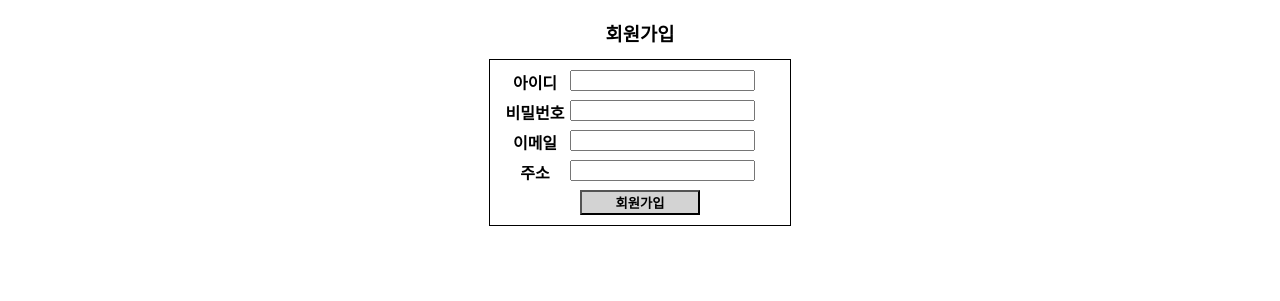
Repository: Gun-stack/jsp
Page: http://localhost/BankProj/Join.jsp
An editor plug-in stored every save of this project. The page is shown before and after the next save, followed by the edit.
The browser window is 1280 px wide. The pictures show the whole page.
The page is served by Tomcat 9.

Above is the page before, as saved 2023-09-21 05:28:37.

After the next save:
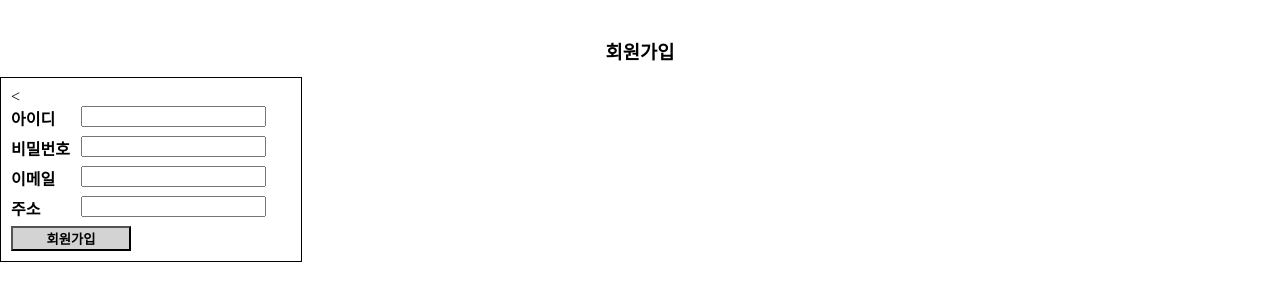
Saved 11 s later.
--- a/jsp_workspace/BankProj/BankProj/src/main/webapp/Join.jsp
+++ b/jsp_workspace/BankProj/BankProj/src/main/webapp/Join.jsp
@@ -5,51 +5,50 @@
 <head>
 <meta charset="UTF-8">
 <title>Insert title here</title>
-   <style>
-        body {
-            margin: 0 auto;
+<style>
+    body {
+        margin: 0 auto;
+    }
 
-        }
+    .container {
+        padding:10px;
+        border: 1px solid;
+        width:280px;
+    }
+    .header {
+        height: 40px;
+    }
 
-        .container {
-            padding: 10px;
-            border: 1px solid;
-            width: 280px;
-        }
+    .row {
+        height: 30px;
+    }
 
-        .header {
-            height: 40px;
-        }
+    .title {
+        width: 70px;
+        float: left;
+        font-weight: bold;
+    }
 
-        .row {
-            height: 30px;
-        }
+    .input {
+        float: left;
+    }
 
-        .title {
-            width: 70px;
-            float: left;
-            font-weight: bold;
-        }
-
-        .input {
-            float: left;
-        }
-
-        input[type='submit'] {
-            font-weight: bold;
-            width: 120px;
-            background-color: lightgrey;
-        }
-    </style>
+    input[type='submit'] {
+        font-weight: bold;
+        width:120px;
+        background-color: lightgrey;
+    }
+</style>
 </head>
 <body>
-<center>
-        <div class="header">
-            <h3>회원가입</h3>
-        </div>
-        <div class="container" id='query'>
-            <form action="join" method="post" id='form'>
-                <div class="row">
+	<div>
+        <form action="userInfo" method="post">
+        	<br>
+            <div class="header" style="text-align: center;">
+                <h3>회원가입</h3>
+            </div>
+            <div class="container">
+                <  <div class="row">
                     <div class="title">아이디</div>
                     <div class="input"><input type="text" name="id"></div>
                 </div>
@@ -66,10 +65,13 @@
                     <div class="input"><input type="text" name="address"></div>
                 </div>
                 <div class="button">
-                    <input type="submit" value="회원가입">
+                    <input type="submit" id="makeBtn" value="회원가입">
                 </div>
-            </form>
-        </div>
-</center>
+                <!-- <div class="button" style="text-align:center;">
+                    <input type="submit" id="makeBtn" value="회원가입">
+                </div> -->
+            </div>
+        </form>
+    </div>
 </body>
 </html>
